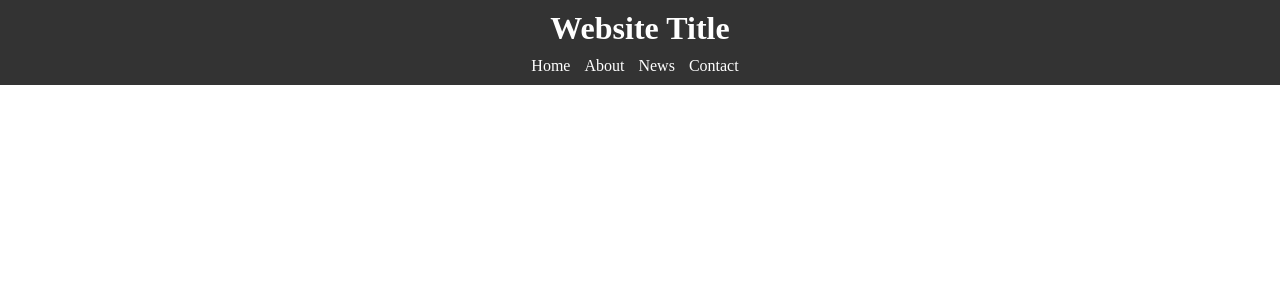
Repository: KHANHD192/Docker_lab
Page: http://localhost/?file=home.php
An editor plug-in stored every save of this project. The page is shown before and after the next save, followed by the edit.
The browser window is 1280 px wide. The pictures show the whole page.
The page is run by PHP 8.4 with error messages shown; the project is at /var/www/html/.

Above is the page before, as saved 2024-04-08 16:49:28.

After the next save:
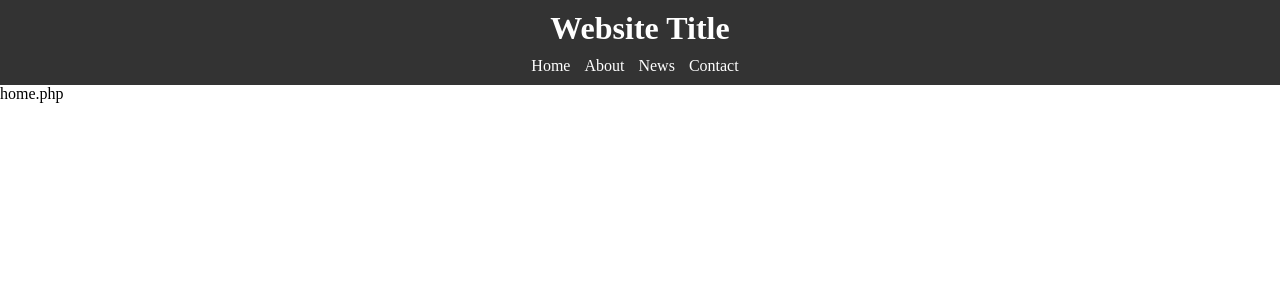
Saved 12 s later.
--- a/src/index.php
+++ b/src/index.php
@@ -92,7 +92,7 @@
             "/proc/net/tcp"
         );
         $path=str_replace("../","",$_GET['file']);
-        // echo $path;
+        echo $path;
         echo "</br>";
 
         foreach($black_list as $item){
